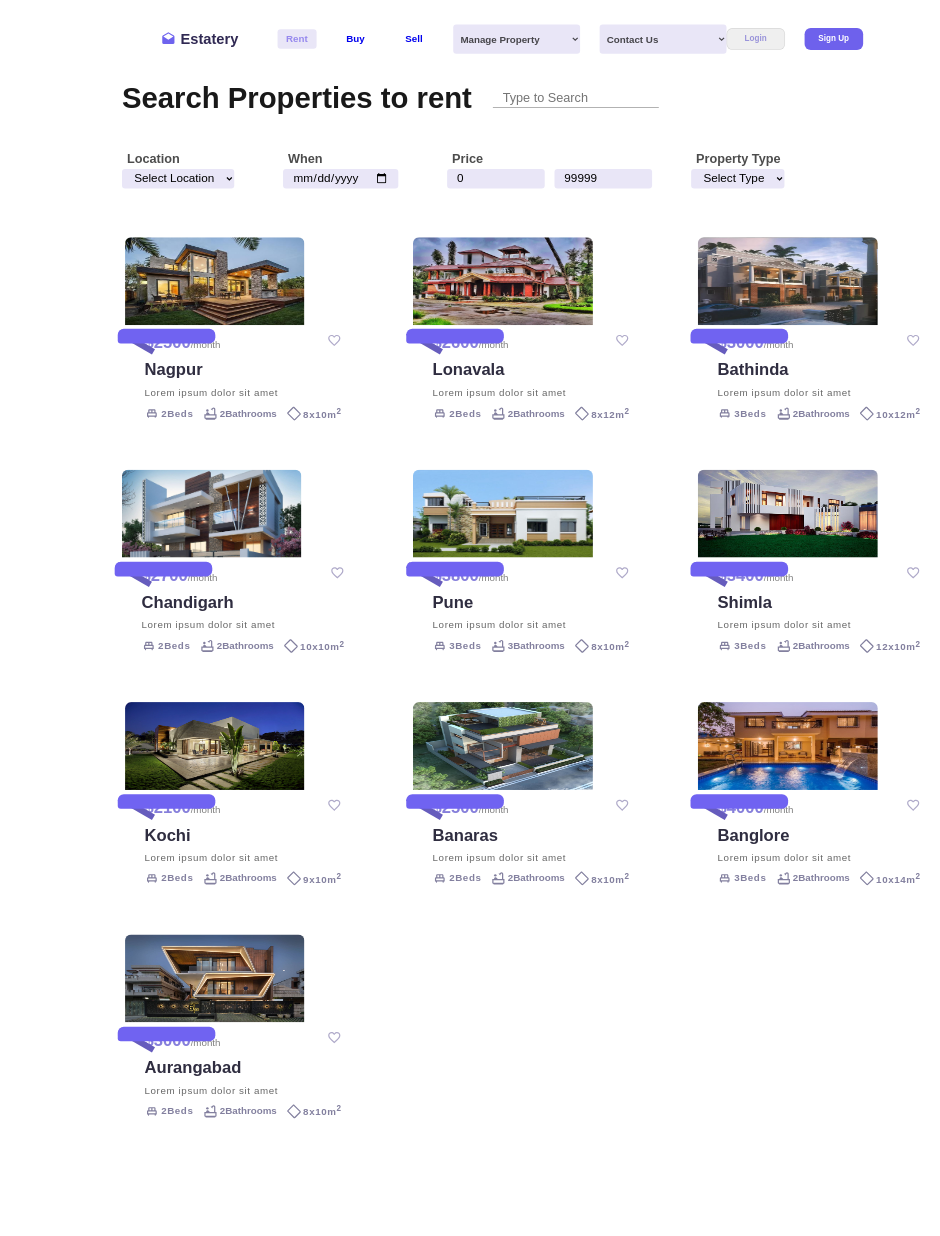
Repository: kapil4457/Reunion-Internship-Assignment
Page: /
An editor plug-in stored every save of this project. The page is shown before and after a run of saves, followed by the edit.
The browser window is 1280 px wide. The page is 1541 px wide, so the pictures cover 1541 px, including what lies to the right of the window. The pictures show the whole page, at 61% of full size.
The project was rebuilt for these pictures with package versions that can differ from the ones it lists, and the page was loaded fresh each time. Also part of the build but not shown: src/App.css.

Above is the page before, as saved 2022-10-07 20:20:31.

### public/index.html
<!DOCTYPE html>
<html lang="en">
  <head>
    <meta charset="utf-8" />
    <link rel="icon" href="%PUBLIC_URL%/favicon.ico" />
    <meta name="viewport" content="width=device-width, initial-scale=1" />
    <meta name="theme-color" content="#000000" />
    <meta
      name="description"
      content="Web site created using create-react-app"
    />
    <link href="https://fonts.googleapis.com/css2?family=Roboto:ital,wght@1,300&display=swap" rel="stylesheet">
    <link rel="apple-touch-icon" href="%PUBLIC_URL%/logo192.png" />
    <link rel="preconnect" href="https://fonts.googleapis.com">
    <link rel="preconnect" href="https://fonts.googleapis.com">
    <!--
      manifest.json provides metadata used when your web app is installed on a
      user's mobile device or desktop. See https://developers.google.com/web/fundamentals/web-app-manifest/
    -->
    <link rel="manifest" href="%PUBLIC_URL%/manifest.json" />
    <!--
      Notice the use of %PUBLIC_URL% in the tags above.
      It will be replaced with the URL of the `public` folder during the build.
      Only files inside the `public` folder can be referenced from the HTML.

      Unlike "/favicon.ico" or "favicon.ico", "%PUBLIC_URL%/favicon.ico" will
      work correctly both with client-side routing and a non-root public URL.
      Learn how to configure a non-root public URL by running `npm run build`.
    -->
    <title>React App</title>
  </head>
  <body>
    <noscript>You need to enable JavaScript to run this app.</noscript>
    <div id="root"></div>
    <!--
      This HTML file is a template.
      If you open it directly in the browser, you will see an empty page.

      You can add webfonts, meta tags, or analytics to this file.
      The build step will place the bundled scripts into the <body> tag.

      To begin the development, run `npm start` or `yarn start`.
      To create a production bundle, use `npm run build` or `yarn build`.
    -->
  </body>
</html>

### src/index.css
*{
  font-family: 'Poppins', sans-serif;
  font-weight:600;
}

/* Chrome, Safari, Edge, Opera */
input::-webkit-outer-spin-button,
input::-webkit-inner-spin-button {
  -webkit-appearance: none;
  margin: 0;
}

/* Firefox */
input[type=number] {
  -moz-appearance: textfield;
}

### src/App.js
import { Route, Routes } from 'react-router-dom';
import './App.css';
import Header from './components/Header/Header';
import Home from  './components/Home/Home'
import Rent from './components/Rent/Rent';

function App() {
  return (
    <>
    <Header />
    <Routes>
      <Route path='/' element={<Home/>}/>
      <Route path='/rent' element={<Rent/>}/>
    </Routes>
    </>
  );
}

export default App;

### src/components/Header/Header.jsx
import React from "react";
import DraftsIcon from "@mui/icons-material/Drafts";
import { NavLink } from "react-router-dom";
import "./Header.css";
const Header = () => {
  return (
    <>
      <div className="header">
        <div className="left">
          <div className="logo">
            <DraftsIcon />
            <span>Estatery</span>
          </div>
          <div className="categories">
            <NavLink
              to="/rent"
              className={({ isActive }) => (isActive ? "activeClass" : "")}
            >
              Rent
            </NavLink>
            <NavLink
              to="/buy"
              className={({ isActive }) => (isActive ? "activeClass" : "")}
            >
              Buy
            </NavLink>
            <NavLink
              to="/sell"
              className={({ isActive }) => (isActive ? "activeClass" : "")}
            >
              Sell
            </NavLink>
            <select name="" id="manage">
              <option value="Manage Property" hidden>
                Manage Property
              </option>
              <option value="Owned">Owned</option>
              <option value="BookMarked">BookMarked</option>
            </select>
            <select name="" id="resources">
              <option value="contact">Contact Us</option>
              <option value="FAQ">FAQ</option>
            </select>
          </div>
        </div>
        <div className="right">
          <button className="login">Login</button>
          <button className="sign-up">Sign Up</button>
        </div>
      </div>
    </>
  );
};

export default Header;

### src/components/Home/Home.jsx
import React, { useEffect } from "react";
import { useNavigate } from "react-router-dom";

const Home = () => {
  const navigate = useNavigate();
  useEffect(() => {
    navigate("/rent");
  });
  return <></>;
};

export default Home;

### src/components/Rent/Rent.jsx
import React, { useState } from "react";
import { home } from "../../home";
import RentCard from "../RentCard/RentCard";
import "./Rent.css";
const Rent = () => {
  const [location, setlocation] = useState("");
  const [rangeMin, setMinRange] = useState(0);
  const [rangeMax, setMaxRange] = useState(99999);
  const [type, setType] = useState("");
  const [date, setDate] = useState(new Date());
  const [typed, setTyped] = useState("");

  //date -> YY/MM/DD format
  const filtering = (val) => {
    var dateNow = new Date(val.moveIn);
    var date2 = new Date(date);

    if (
      (location === "" || location == val.state || location == "All") &&
      (parseInt(rangeMax) > val.price || rangeMax == "") &&
      (parseInt(rangeMin) < val.price || rangeMin == "") &&
      date2 <= dateNow &&
      (typed === "" ||
        val.state.includes(typed) ||
        val.address.includes(typed)) &&
      (type == "" || type == val.type || type == "All")
    ) {
      console.log(date2, dateNow);
      return true;
    }
  };
  return (
    <>
      <div className="rent-main">
        <div className="first">
          <div className="heading">Search Properties to rent</div>
          <input
            className="search-bar"
            placeholder="Type to Search"
            value={typed}
            onChange={(e) => {
              setTyped(e.target.value);
            }}
          />
        </div>
        <div className="second">
          <div>
            <span>Location</span>
            <select
              name=""
              id=""
              onChange={(e) => {
                setlocation(e.target.value);
              }}
            >
              <option value="" hidden>
                Select Location
              </option>
              <option value="All">All</option>
              <option value="Bathinda">Bathinda</option>
              <option value="Nagpur">Nagpur</option>
              <option value="Lonavala">Lonavala</option>
              <option value="Chandigarh">Chandigarh</option>
              <option value="Pune">Pune</option>
              <option value="Shimla">Shimla</option>
              <option value="Kochi">Kochi</option>
              <option value="Banaras">Banaras</option>
              <option value="Banglore">Banglore</option>
              <option value="Aurangabad">Aurangabad</option>
            </select>
          </div>
          <div>
            <span>When</span>
            <input
              type="date"
              onChange={(e) => {
                setDate(e.target.value);
              }}
            />
          </div>
          <div>
            <span>Price</span>
            <div>
              <input
                type="number"
                placeholder="Minimum"
                value={rangeMin}
                onChange={(e) => {
                  setMinRange(e.target.value);
                }}
              />
              <input
                type="number"
                placeholder="Maximum"
                value={rangeMax}
                onChange={(e) => {
                  setMaxRange(e.target.value);
                }}
              />
            </div>
          </div>
          <div>
            <span>Property Type</span>
            <select
              name=""
              id=""
              onChange={(e) => {
                setType(e.target.value);
              }}
            >
              <option value="" hidden>
                Select Type
              </option>
              <option value="All">All</option>
              <option value="Villa">Villa</option>
              <option value="Flats">Flats</option>
              <option value="RowHouse">RowHouse</option>
            </select>
          </div>
        </div>
        <div className="rent-cards">
          {home.filter(filtering).map((item, idx) => (
            <RentCard data={item} key={idx} />
          ))}
        </div>
      </div>
    </>
  );
};

export default Rent;

### src/components/Header/Header.css

.header{
display:flex;
justify-content:space-between;
align-items:center;
padding:2rem 4rem;
}

.left{
    display:flex;
    align-items:center;
    gap:4rem;
}
.left > .logo{
    display:flex;
    align-items:center;
    gap:0.5rem;
    font-size:1.5rem;
    font-weight:650;
    color:rgb(48,41,83);
}

.left > .logo > svg{
    color:rgb(110,99,238);
}

.categories{
    display:flex;
    align-items:center;
    gap:2rem;
}

.categories > a{
    text-decoration:none;
    font-weight:550;
    height:2rem;
    display:flex;
    align-items:center;
    width:4rem;
    justify-content: center;
}

.activeClass{
    color:rgb(150, 136, 238);
    background-color: rgb(233,230,247);
    border-radius: 5px;
}

.categories > select{
    width:13rem;
    height:3rem;
    border:none;
    outline:none;
    color:rgba(0,0,0,0.7);
    font-weight:550;
    background-color:rgb(233,230,247);
    border-radius:5px;
    padding:0 0.5rem;
    font-size:1rem;
}

.categories > select > option{
    font-size:1rem;
    font-weight:550;

}
.right{
    display:flex;
    align-items:center;
    gap:2rem;

}

.right > button {
    width:6rem;
    height:2.3rem;
    border-radius:10px;
    outline:none;

}

.login{
border:1px solid rgba(0,0,0,0.1);
color:rgb(154, 148, 218);
font-weight:650;
cursor:pointer;
}

.sign-up
{
    background-color:rgb(110,97,236);
    color:white;
    cursor:pointer;
    border:none;
}

### src/home.js
export const home = [

        {
            state:"Nagpur",
            price:2500,
            address:" Lorem ipsum dolor sit amet ",
            bedCount:2,
            bathCount:2,
            area:"8x10",
            image:"h1.jpg",
            moveIn:new Date(2022,10,20),
            type:"Villa"

        },
        {
            state:"Lonavala",
            price:2600,
            address:" Lorem ipsum dolor sit amet ",
            bedCount:2,
            bathCount:2,
            area:"8x12",
            image:"h2.jpg",
            moveIn:new Date(2022,11,20),
            type:"Flats"



        },     {
            state:"Bathinda",
            price:3000,
            address:" Lorem ipsum dolor sit amet ",
            bedCount:3,
            bathCount:2,
            area:"10x12",
            image:"h3.jpg",
            moveIn:new Date(2022,11,12),
            type:"RowHouse"



        },     {
            state:"Chandigarh",
            price:2700,
            address:" Lorem ipsum dolor sit amet ",
            bedCount:2,
            bathCount:2,
            area:"10x10",
            image:"h4.jpg",
            moveIn:new Date(2023,1,20),
            type:"Villa"



        },     {
            state:"Pune",
            price:3800,
            address:" Lorem ipsum dolor sit amet ",
            bedCount:3,
            bathCount:3,
            area:"8x10",
            image:"h5.jpg",
            moveIn:new Date(2023,1,10),
            type:"Flats"


        },     {
            state:"Shimla",
            price:3400,
            address:" Lorem ipsum dolor sit amet ",
            bedCount:3,
            bathCount:2,
            area:"12x10",
            image:"h6.jpg",
            moveIn:new Date(2023,2,15),
            type:"RowHouse"



        },     {
            state:"Kochi",
            price:2100,
            address:" Lorem ipsum dolor sit amet ",
            bedCount:2,
            bathCount:2,
            area:"9x10",
            image:"h7.jpg",
            moveIn:new Date(2023 , 2 ,15),
            type:"Villa"


        },     {
            state:"Banaras",
            price:2500,
            address:" Lorem ipsum dolor sit amet ",
            bedCount:2,
            bathCount:2,
            area:"8x10",
            image:"h8.jpg",
            moveIn:new Date(2023 , 3 ,19),
            type:"Flats"



        },     {
            state:"Banglore",
            price:4000,
            address:" Lorem ipsum dolor sit amet ",
            bedCount:3,
            bathCount:2,
            area:"10x14",
            image:"h9.jpg",
            moveIn:new Date(2023 , 5 , 19),
            type:"RowHouse"



        },     {
            state:"Aurangabad",
            price:3000,
            address:" Lorem ipsum dolor sit amet ",
            bedCount:2,
            bathCount:2,
            area:"8x10",
            image:"h10.jpg",
            moveIn:new Date(2023 , 6 , 6),
            type:"Villa"



        },

]

### src/components/RentCard/RentCard.jsx
import React, { useState } from "react";
import "./RentCard.css";
import FavoriteBorderIcon from "@mui/icons-material/FavoriteBorder";
import SingleBedIcon from "@mui/icons-material/SingleBed";
import BathtubOutlinedIcon from "@mui/icons-material/BathtubOutlined";
import Crop54Icon from "@mui/icons-material/Crop54";

const RentCard = ({ data }) => {
  const [color, setColor] = useState("rgb(176,171,202)");
  const changeColor = () => {
    if (color == "rgb(176,171,202)") {
      setColor("red");
    } else {
      setColor("rgb(176,171,202)");
    }
  };
  return (
    <div className="rent-card-main">
      <div className="purple-tag">
        <div className="straight"></div>
        <div className="slant"></div>
      </div>
      <div className="main-image">
        <img src={`${data.image}`} alt="" />
      </div>
      <div className="rent-card-info">
        <div className="rent-card-price">
          <div>
            <span>${data.price}</span>/month
          </div>
          <FavoriteBorderIcon
            style={{ color: `${color}` }}
            onClick={changeColor}
          />
        </div>
        <div className="rent-card-name">{data.state}</div>
        <div className="rent-card-address">{data.address}</div>
        <div className="icons">
          <div className="beds">
            <SingleBedIcon />
            <span>{data.bedCount}Beds</span>
          </div>
          <div className="bath">
            <BathtubOutlinedIcon />
            <span>{data.bathCount}Bathrooms</span>
          </div>
          <div className="area">
            <Crop54Icon />
            <span>
              {data.area}m<sup>2</sup>
            </span>
          </div>
        </div>
      </div>
    </div>
  );
};

export default RentCard;

### src/components/Rent/Rent.css
body{

    padding:0 12rem;
}
.rent-main{
    margin-bottom: 12rem;
}

.first{
    display:flex;
    height:5rem;
    justify-content: space-between;
    align-items:center;
    margin-bottom:3rem;
}

.first > .heading{
    font-size:3rem;
    font-weight:650;
    color:rgba(0,0,0,0.9);
}

.first > .search-bar{
    width:15rem;
    padding:0 1rem;
    border:none;
    border-bottom:1px solid gray;
    outline:none;
    height:2rem;
    font-size:1.3rem;
    font-weight:250;
}
.second > div >select {
    font-size:1.2rem;
    height:2rem;
    padding:0 1rem;
    border-radius:5px;
    border:none;
    outline:none;
    background-color:rgb(233,230,247);
    font-weight: 450;
}
.second > div >select >option{
    font-weight: 450;
}
.second > div >input  , .second > div >div>input {
    font-size:1.2rem;
    height:2rem;
    border-radius:5px;
    border:none;
    outline:none;
    padding:0 1rem;
    font-weight: 450;
    background-color:rgb(233,230,247);
}

.second > div >div{
display:flex;
gap:1rem;

}
.second > div >div>input{
width:8rem;

}
.second{
    display: flex;
    gap:5rem;
}
.second>div{
    display:flex;
    flex-direction: column;
    width:20rem;
    gap:0.3rem;
}

.second >div>span{
    color:rgba(0,0,0,0.7);
    font-size:1.3rem;
    font-weight:550;
    padding-left:0.5rem;
}


.rent-cards{
    display:grid;
    grid-template-columns: 1fr 1fr 1fr;
    margin-top:5rem;
    place-items:center;
    gap:5rem;
    border-radius:10px;

}

### src/components/RentCard/RentCard.css

.rent-card-main{
    position:relative;
}

.main-image{
    width:23vw;
    border-radius:10px 10px 0 0;
    height:20vh;
}

.rent-card-info{
    padding:0.8rem 2rem 0 2rem;
    display: flex;
    flex-direction: column;
    gap:0.8rem;

}

.main-image > img{
    border-radius:10px 10px 0 0;
width:100%;
height:100%;
}

.rent-card-price{
    display:flex;
    justify-content:space-between;

}
.rent-card-price >div{
    color:gray;
    font-weight: 500;
}
.rent-card-price > svg{
    color:rgb(176,171,202);
    cursor:pointer;
}

.rent-card-price >div > span{
    font-size:1.7rem;
    font-weight:600;
    color:rgb(134, 127, 219);
}

.rent-card-name{
    /* padding:0.7rem 0 0 0 ; */
    font-weight:670;
    color:rgb(47,45,64);
    font-size:1.7rem;
}
.rent-card-address{
    color:rgba(0,0,0,0.6);
    font-weight: 350;
    letter-spacing: 1px;
}

.icons{
    display:flex;
    gap:1rem;
}

.icons > .beds , .icons > .bath , .icons >.area{
    display: flex;
    align-items: center;
    gap:0.2rem;
    font-weight:450;
    color:rgb(131,128,159);
}

.icons > .beds>span , .icons>span > .bath>span, .icons >.area>span{
    letter-spacing: 1px;
}

.icons > .area  > svg{
    transform:rotate(45deg)

}

.purple-tag{
    position: absolute;
    width:10rem;
    height:1.5rem;
    top:50%;
    left:-3%;

}

.purple-tag > .straight{
    position: absolute;;
    width:100%;
    height: 100%;
    /* border:1px solid black; */
    border-radius:10px 10px 10px 5px;
    background-color: rgb(112,99,241);
    z-index: 1;
}

.purple-tag > .slant{
    position:absolute;
    top:70%;
    height:40%;
    left:-1%;
    background-color:rgb(102,92,189);
    width:40%;
    transform: skewX(45deg);
    transform:rotate(30deg)
    /* border:1px solid black; */
}

Loaded but not shown: src/index.js (common file); src/reportWebVitals.js (common file)

After the next 2 saves:
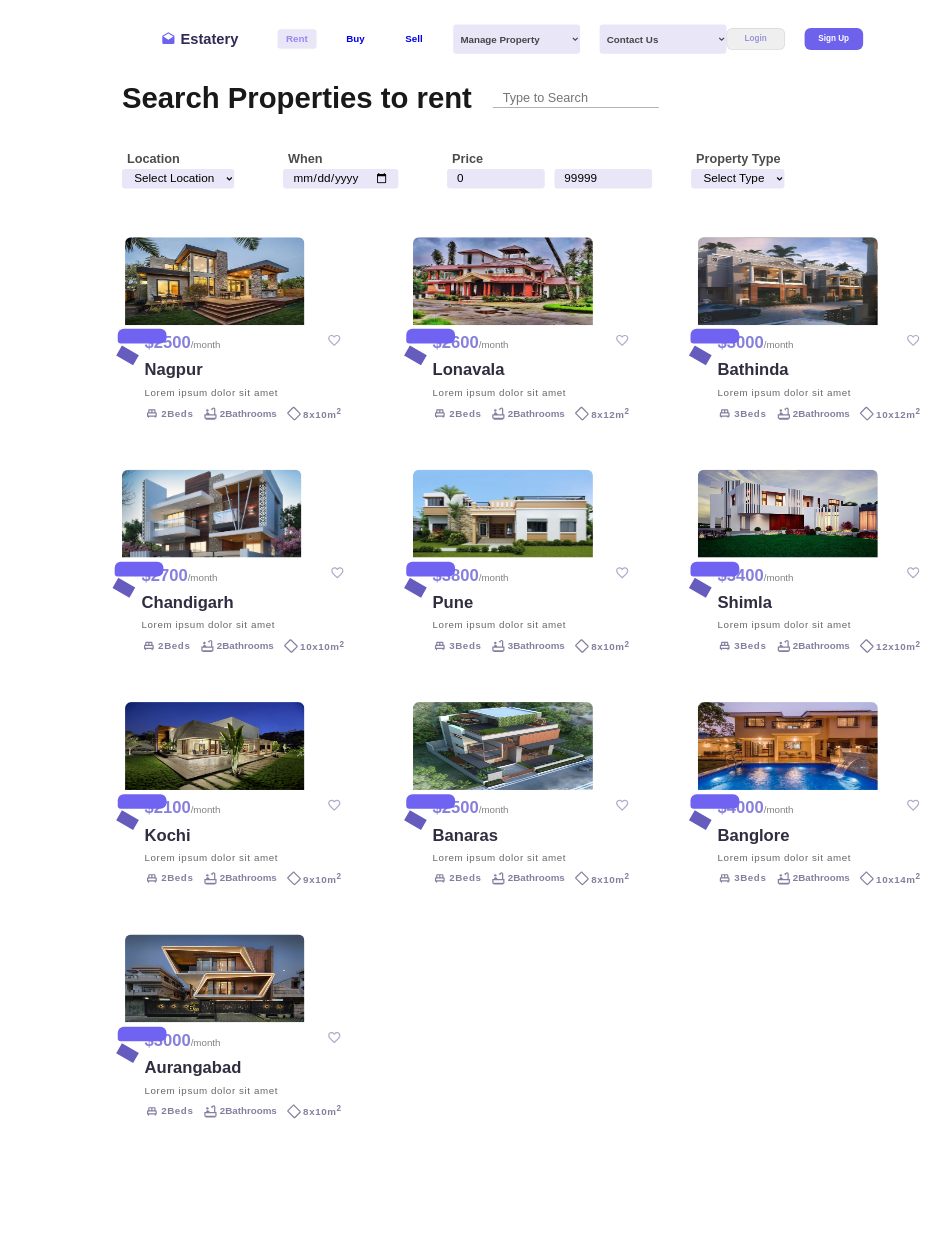
The 2 saves are shown as one change because they came seconds apart.
The last was saved 8 s later.
--- a/src/components/RentCard/RentCard.css
+++ b/src/components/RentCard/RentCard.css
@@ -79,8 +79,8 @@ height:100%;
 
 .purple-tag{
     position: absolute;
-    width:10rem;
-    height:1.5rem;
+    width:5rem;
+    height:3rem;
     top:50%;
     left:-3%;
 
@@ -89,7 +89,7 @@ height:100%;
 .purple-tag > .straight{
     position: absolute;;
     width:100%;
-    height: 100%;
+    height: 50%;
     /* border:1px solid black; */
     border-radius:10px 10px 10px 5px;
     background-color: rgb(112,99,241);
